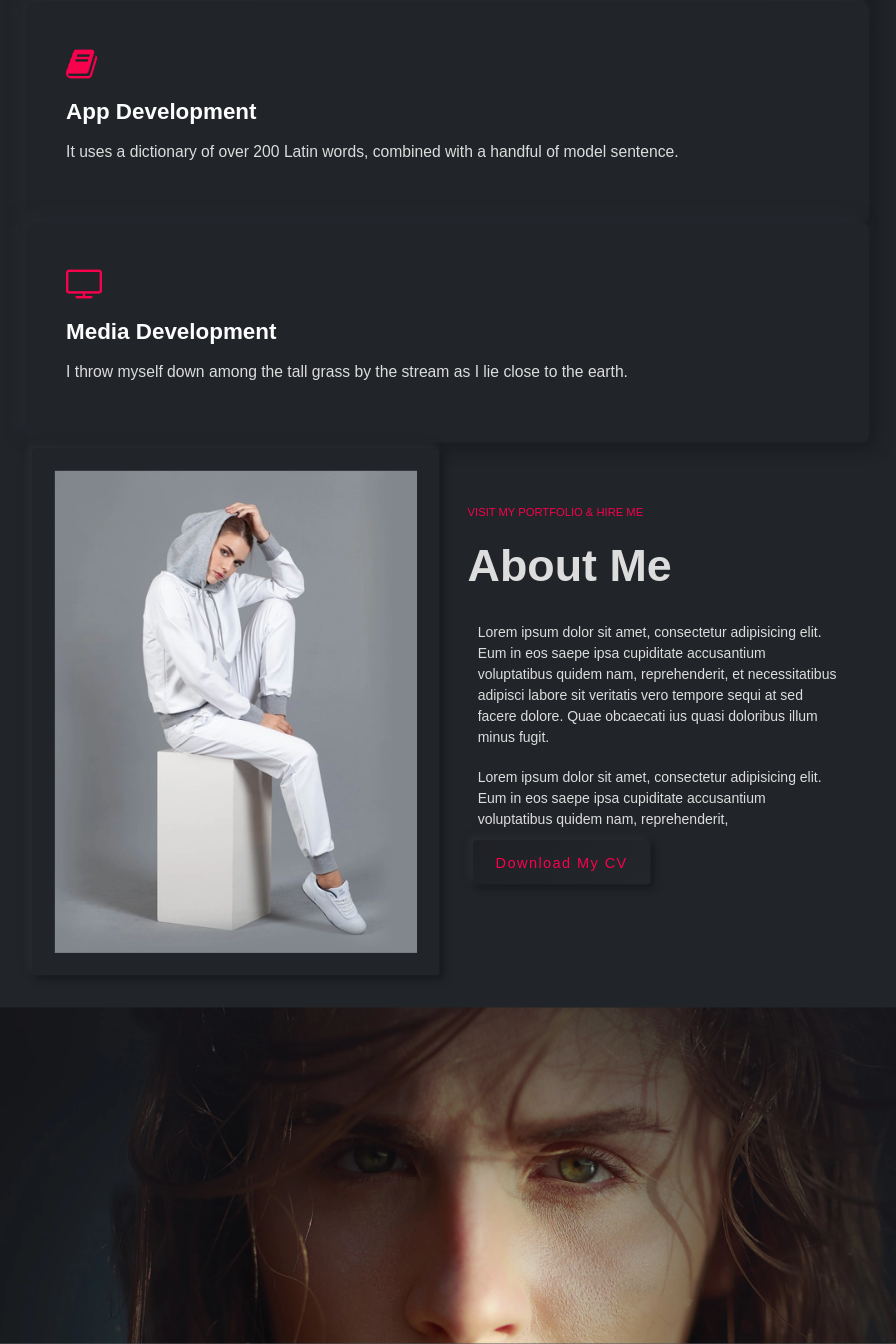
Repository: arminprogramme/inbio
Page: /
An editor plug-in stored every save of this project. The page is shown before and after the next save, followed by the edit.
The browser window is 1280 px wide. The pictures show the part of the page from y = 1275 to 3195 px (the page is 3195 px tall), at 70% of full size.
Some web libraries are served in a nearby version. The project was rebuilt for these pictures with package versions that can differ from the ones it lists, and the page was loaded fresh each time. Also part of the build but not shown: vite.config.js.

Above is the page before, as saved 2023-10-20 04:08:42.

### index.html
<!doctype html>
<html lang="en">

<head>
    <meta charset="UTF-8" />
    <link rel="icon" type="image/svg+xml" href="/vite.svg" />
    <link rel="stylesheet" href="https://cdnjs.cloudflare.com/ajax/libs/font-awesome/4.7.0/css/font-awesome.min.css">
    <link href="https://cdnjs.cloudflare.com/ajax/libs/flowbite/1.8.1/flowbite.min.css" rel="stylesheet" />
    <meta name="viewport" content="width=device-width, initial-scale=1.0" />
    <title>Vite + React</title>
</head>

<body>
    <div id="root"></div>
    <script src="https://cdnjs.cloudflare.com/ajax/libs/flowbite/1.8.1/flowbite.min.js"></script>
    <script type="module" src="/src/main.jsx"></script>
</body>

</html>

### src/App.jsx
import   { Component } from 'react';
import LandingPage from './Component/LandingPage.jsx'
import './App.css'

class App extends Component {


  render() {
    return (
    <div>
      <LandingPage />
    </div>
    );
  }


}

export default App;

### src/index.css
:root {
    font-family: Inter, system-ui, Avenir, Helvetica, Arial, sans-serif;
}

a {
    font-weight: 500;
    color: #646cff;
    text-decoration: inherit;
}

* {
    padding: 0;
    margin: 0;
    box-sizing: border-box;
}

@tailwind base;
@tailwind components;
@tailwind utilities;
a:hover {
    color: #535bf2;
}

body {
    margin: 0;
    font-family: 'Vazir', sans-serif;
}

h1 {
    font-size: 3.2em;
    line-height: 1.1;
}

@media (prefers-color-scheme: light) {
     :root {
        color: #213547;
        background-color: #ffffff;
    }
    a:hover {
        color: #747bff;
    }
    button {
        background-color: #f9f9f9;
    }
}

### src/Component/LandingPage.jsx
import  { Component } from 'react';
import Header from './Header/Header.jsx'
import Body from './Body/Body.jsx'
//import Footer from './Footer/Footer.jsx'
class LandingPage extends Component {
    render() {
        return (
            <div>
                <Header/>
                <Body/>

            </div>
        );
    }
}

export default LandingPage;

### src/Component/Header/Header.jsx
import  { Component } from 'react';
import NavBar from './Navbar.jsx'
import './Header.css'
class Header extends Component {
    render() {
        return (
            <div>
                <NavBar/>
                <div className="banner-header text-center">
                    <h1 className='font-bold text-white'>KRISTINA SOMOLYER</h1>
                    <p>American Supermodel & Entrepreneur</p>
                </div>
            </div>
        );
    }
}

export default Header;

### src/Component/Body/Body.jsx
import  { Component } from 'react';
import Services from './Services/Services.jsx'
import About from './About/About.jsx'
import './Body.css'
class Body extends Component {
    render() {
        return (
            <>
            <div className='black-bg '>
                <div className="limit-width">
                    <Services/>
                    <About/>
                </div>
                <div className="girl-bg">

                </div>
            </div>
            </>
        );
    }
}

export default Body;

### src/Component/Header/Navbar.jsx
import  { Component } from 'react';

class Navbar extends Component {
    render() {
        return (
            <div>

<nav className=" black-bg">
  <div className="max-w-screen-xl flex flex-wrap items-center justify-between mx-auto p-6">
    <a href="https://.com/" className="flex items-center">
       <h2 className='text-white'>React Project</h2>
    </a>
    <button data-collapse-toggle="navbar-default" type="button"  className="inline-flex items-center p-2 w-10 h-10 justify-center text-sm text-white rounded-lg md:hidden " aria-controls="navbar-default" aria-expanded="false">
    <i className="fa fa-bars text-white"></i>

    </button>
    <div className="hidden w-full md:block md:w-auto" id="navbar-default">
      <ul className="font-medium flex flex-col p-4 md:p-0 mt-4 border border-gray-100 rounded-lg text-white md:flex-row md:space-x-8 md:mt-0 md:border-0 black-bg">
        <li>
          <a href="#" className="block py-2 pl-3 pr-4 text-white md:hover:text-gray-700 dark:text-white md:dark:hover:text-gray-500 rounded md:bg-transparent md:p-0 " aria-current="page">Home</a>
        </li>
        <li>
          <a href="#" className="block py-2 pl-3 pr-4 text-gray-900 rounded hover:bg-gray-100 md:hover:bg-transparent md:border-0 md:hover:text-gray-700 md:p-0 dark:text-white md:dark:hover:text-gray-500 dark:hover:bg-gray-700 dark:hover:text-white md:dark:hover:bg-transparent">About</a>
        </li>
        <li>
          <a href="#" className="block py-2 pl-3 pr-4 text-gray-900 rounded md:hover:text-gray-700 md:p-0 dark:text-white md:dark:hover:text-gray-500 dark:hover:bg-gray-700 dark:hover:text-white md:dark:hover:bg-transparent">Services</a>
        </li>
        <li>
          <a href="#" className="block py-2 pl-3 pr-4 text-gray-900 rounded hover:bg-gray-100 md:hover:bg-transparent md:border-0 md:hover:text-gray-700 md:p-0 dark:text-white md:dark:hover:text-gray-500 dark:hover:bg-gray-700 dark:hover:text-white md:dark:hover:bg-transparent">Pricing</a>
        </li>
        <li>
          <a href="#" className="block py-2 pl-3 pr-4 text-gray-900 rounded hover:bg-gray-100 md:hover:bg-transparent md:border-0md:hover:text-gray-700 md:p-0 dark:text-white md:dark:hover:text-gray-500 dark:hover:bg-gray-700 dark:hover:text-white md:dark:hover:bg-transparent">Contact</a>
        </li>
      </ul>
    </div>
  </div>
</nav>

            </div>
        );
    }
}

export default Navbar;

### src/Component/Header/Header.css
.black-bg {
    background-color: #212428;
}

.banner-header {
    background-image: url(../../../bg-image-12.webp);
    background-position: center;
    background-size: cover;
    padding: 20.25rem 0;
}

.banner-header h1 {
    letter-spacing: 6px;
    font-size: 3.2rem;
}

.banner-header p {
    letter-spacing: 6px;
    font-size: 1.2rem;
    padding: 2rem 0;
    color: #fff;
}

### src/Component/Body/Services/Services.jsx
import  { Component } from 'react';
import ServicesItem from './ServicesItem.jsx'
import './Services.css'
class Services extends Component {

    constructor(props){
        super(props)

        this.state = {
            services : [
                {id : 1 , icon : 'red-color fa fa-bars' , title : 'Web Development' , text : 'I throw myself down among the tall grass by the stream as I lie close to the earth.'},
                {id : 2 , icon : 'red-color fa fa-book' , title : 'App Development' , text : 'It uses a dictionary of over 200 Latin words, combined with a handful of model sentence.'},
                {id : 3 , icon : 'red-color fa fa-television' , title : 'Media Development' , text : 'I throw myself down among the tall grass by the stream as I lie close to the earth.'},
            ]
        }
    }
    render() {
        return (
            <div>
              <div className="grid  grid-cols-1 lg:grid-cols-3 gap-10">
              {this.state.services.map(services => {
                return <ServicesItem key={services.id} {...services} />
               })}
              </div>
            </div>
        );
    }
}

export default Services;

### src/Component/Body/About/About.jsx
import  { Component } from 'react';
import ButtonSpecial from '../Buttons/ButtonSpecial.jsx'
import   './About.css'
class About extends Component {

    constructor(props){
        super(props)

        this.state= {
            title : 'Download My CV'
        }
    }
    render() {
        return (
            <div>
                <div className="about-container my-52 grid grid-cols-1 lg:grid-cols-2 gap-2">
                    <div className="img-about">
                        <div className="inner-img-about">
                            <img src="about-5.webp" className='rounded' alt="" />
                        </div>
                    </div>
                    <div className="content-about">
                        <h5 className='red-color'>VISIT MY PORTFOLIO & HIRE ME</h5>
                        <h2>About Me</h2>
                        <p>Lorem ipsum dolor sit amet, consectetur adipisicing elit. Eum in eos saepe ipsa cupiditate accusantium voluptatibus quidem nam, reprehenderit, et necessitatibus adipisci labore sit veritatis vero tempore sequi at sed facere dolore. Quae obcaecati ius quasi doloribus illum minus fugit.</p>
                        <p>Lorem ipsum dolor sit amet, consectetur adipisicing elit. Eum in eos saepe ipsa cupiditate accusantium voluptatibus quidem nam, reprehenderit,</p>

                       <div className="mx-2 button-about">
                       <ButtonSpecial title={this.state.title}/>
                       </div>
                    </div>
                </div>
            </div>
        );
    }
}

export default About;

### src/Component/Body/Body.css
.limit-width {
    max-width: 1450px;
    padding: 6rem 3% 3%;
    margin: auto;
}

.girl-bg {
    background-image: url(../../../bg-image-8.webp);
    padding: 15em;
    background-size: cover;
}

### src/Component/Body/Services/ServicesItem.jsx
import { Component } from 'react';

class ServicesItem extends Component {
    render() {
        return (
            <div className='services-item'>
                <div className="icon-services">
                    <i className={this.props.icon}></i>
                </div>
                <div className="content-services">
                <h2 className='font-bold'>{this.props.title}</h2>
                <p>{this.props.text}</p>
                </div>
            </div>
        );
    }
}

export default ServicesItem;

### src/Component/Body/Services/Services.css
.icon-services i {
    font-size: 3rem;
}

.red-color {
    color: #f8024e;
}

.content-services {
    padding: 1.2rem 0;
    color: #FDFDFE;
}

.content-services h2 {
    font-size: 2rem;
    padding-bottom: 1rem;
}

.content-services p {
    line-height: 2.25rem;
    font-size: 1.4rem;
}

.services-item {
    border-radius: 12px;
    transition: 0.5s!important;
    padding: 4rem 3.5rem;
    background: #212428;
    box-shadow: 10px 10px 20px #1b1e21, -10px -10px 20px #272a2f;
    -webkit-transition: 0.5s!important;
    -moz-transition: 0.5s!important;
    -ms-transition: 0.5s!important;
    -o-transition: 0.5s!important;
    cursor: pointer;
}

.services-item:hover {
    border-radius: 12px;
    transform: translateY(-1.2rem);
    transition: 0.5s!important;
    background: linear-gradient(145deg, #23272b, #16171a);
    box-shadow: 10px 10px 13px #1b1e21, -10px -10px 13px #272a2f;
    -webkit-transition: 0.5s!important;
    -moz-transition: 0.5s!important;
    -ms-transition: 0.5s!important;
    -o-transition: 0.5s!important;
    -webkit-transform: translateY(-1.2rem);
    -moz-transform: translateY(-1.2rem);
    -ms-transform: translateY(-1.2rem);
    -o-transform: translateY(-1.2rem);
}

### src/Component/Body/Buttons/ButtonSpecial.jsx
import  { Component } from 'react';
import   './Buttons.css'
class ButtonSpecial extends Component {
    render() {
        return (
           <button className='sp-button red-color'>{this.props.title}</button>
        );
    }
}

export default ButtonSpecial;

### src/Component/Body/About/About.css
.inner-img-about,
.img-about {
    padding: 0.5rem;
    border-radius: 5px;
    max-width: 100%;
}

.inner-img-about {
    border-radius: 5px;
    background: #212428;
    box-shadow: 5px 5px 10px #17191c, -5px -5px 10px #2b2f34;
    -webkit-border-radius: 5px;
    -moz-border-radius: 5px;
    -ms-border-radius: 5px;
    -o-border-radius: 5px;
}

.inner-img-about img {
    width: 100%;
    border-radius: 5px!important;
    -webkit-border-radius: 5px!important;
    -moz-border-radius: 5px!important;
    padding: 1.5rem;
    -ms-border-radius: 5px!important;
    -o-border-radius: 5px!important;
}

.content-about {
    margin: 5.5rem 1.5rem;
}

.content-about h2,
p {
    color: #ddd;
}

.content-about h2 {
    font-size: 4rem;
    padding: 1rem 0;
    font-weight: bold;
}

.content-about p {
    font-size: 1.25rem;
    padding: 0.9rem;
}

### src/Component/Body/Buttons/Buttons.css
.sp-button {
    border-radius: 5px;
    background: linear-gradient(145deg, #1e2024, #23272b);
    box-shadow: 5px 5px 10px #17191c, -5px -5px 10px #2b2f34;
    padding: 1rem 2rem;
    font-size: 1.3rem;
    -webkit-border-radius: 5px;
    -moz-border-radius: 5px;
    letter-spacing: 2px;
    -ms-border-radius: 5px;
    transition: 0.3s;
    -o-border-radius: 5px;
    -webkit-transition: 0.3s;
    -moz-transition: 0.3s;
    -ms-transition: 0.3s;
    -o-transition: 0.3s;
}

.sp-button:hover {
    transition: 0.3s;
    border-radius: 5px;
    transform: translateY(-3px);
    background: linear-gradient(145deg, #23272b, #1e2024);
    box-shadow: 5px 5px 10px #17191c, -5px -5px 10px #2b2f34;
    -webkit-border-radius: 5px;
    -moz-border-radius: 5px;
    -ms-border-radius: 5px;
    -o-border-radius: 5px;
    -webkit-transition: 0.3s;
    -moz-transition: 0.3s;
    -ms-transition: 0.3s;
    -o-transition: 0.3s;
    -webkit-transform: translateY(-3px);
    -moz-transform: translateY(-3px);
    -ms-transform: translateY(-3px);
    -o-transform: translateY(-3px);
}

Loaded but not shown: src/main.jsx (common file); src/App.css (common file)

After the next save:
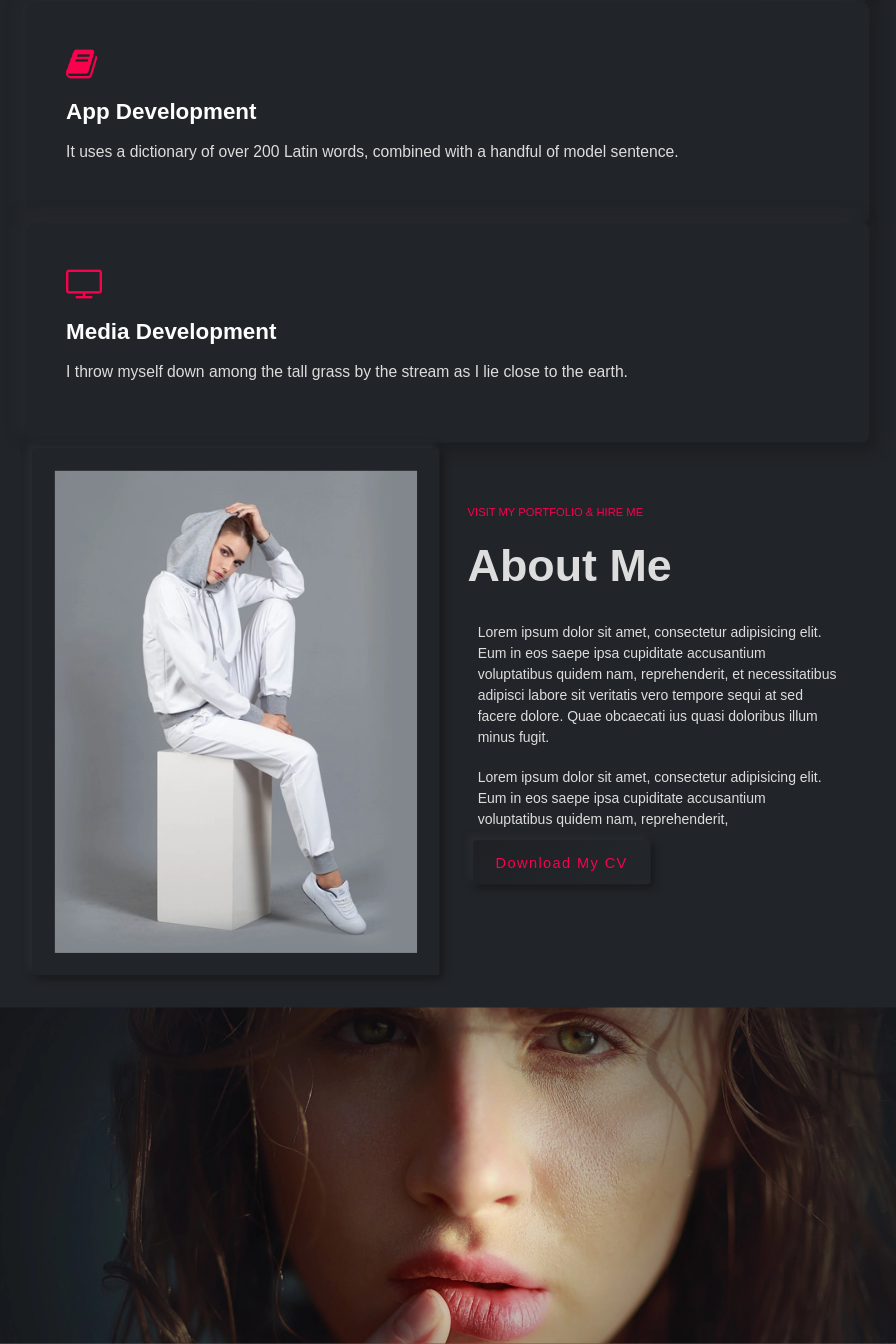
Saved 13 s later.
--- a/src/Component/Body/Body.css
+++ b/src/Component/Body/Body.css
@@ -8,4 +8,5 @@
     background-image: url(../../../bg-image-8.webp);
     padding: 15em;
     background-size: cover;
+    background-position: center;
 }
